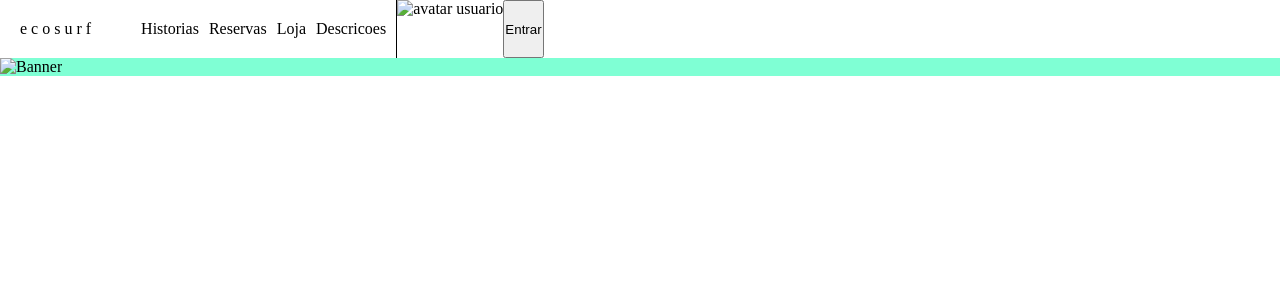
Repository: jorgprado/html-css-js
Page: blog-ecosurf/index.html
An editor plug-in stored every save of this project. The page is shown before and after a run of saves, followed by the edit.
The browser window is 1280 px wide. The pictures show the whole page.

Above is the page before, as saved 2023-05-15 21:28:18.

After the next 4 saves:
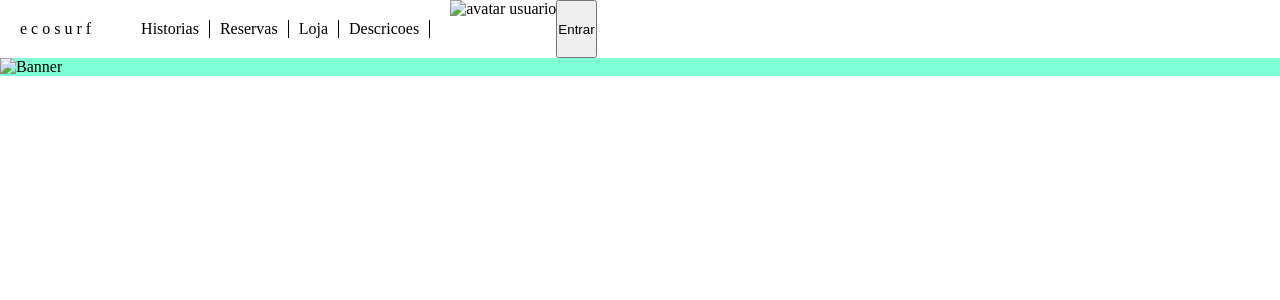
The 4 saves are shown as one change because they came seconds apart.
The last was saved 17 s later.
--- a/blog-ecosurf/css/style.css
+++ b/blog-ecosurf/css/style.css
@@ -17,12 +17,13 @@ header {
 header menu{
     display: flex;
     padding: 20px 20px;
-    border-right: 1px solid #000;
-    padding-right: 10px;
+
 }
 
 header menu p{
     padding-left: 10px;
+    border-right: 1px solid #000;
+    padding-right: 10px;
 }
 
 .banner{
